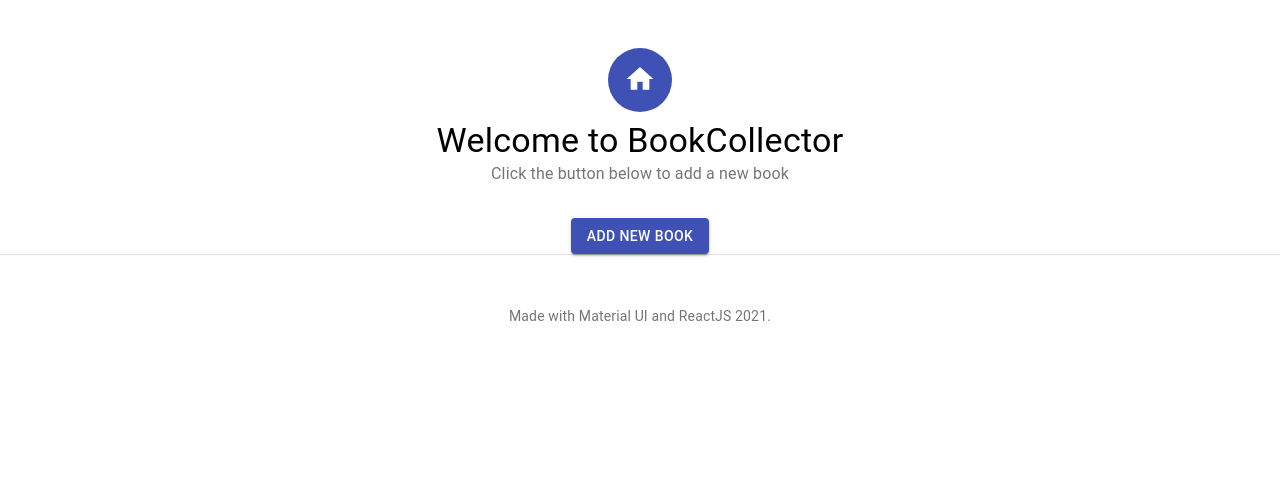
Repository: Colo-Codes/mini-project-react-book-collector
Page: /
These files come from the project's save history. The page is drawn as it stood at one moment and after the next save; the edit follows.
The browser window is 1280 px wide. The pictures show the whole page.
The project was rebuilt for these pictures with package versions that can differ from the ones it lists, and the page was loaded fresh each time. Also part of the build but not shown: src/Books/BooksGridItem.js, src/Books/AddBookForm.js.

Above is the page before, as saved 2021-08-25 14:09:53.

### src/App.js
import React, { useState } from 'react';

import { Box, Button, Divider, makeStyles } from '@material-ui/core';
import { Home } from '@material-ui/icons';

import AddBookForm from './Books/AddBookForm';
import Copyright from './UI/Copyright';
import Header from './UI/Header';
import BooksGrid from './Books/BooksGrid';

const useStyles = makeStyles(theme => ({
  paper: {
    marginTop: theme.spacing(5),
    display: 'flex',
    flexDirection: 'column',
    alignItems: 'center',
  },
  icon: {
    color: 'white',
    width: theme.spacing(4),
    height: theme.spacing(4),
  },
  button: {
    marginTop: theme.spacing(4),
  },
  footer: {
    marginV: theme.spacing(4),
  },
}));

function App() {
  const [showAddBookForm, setShowAddBookForm] = useState(false);
  const [bookList, setBookList] = useState('');

  const classes = useStyles();

  const addNewBookHandler = () => {
    setShowAddBookForm(true);
  }

  const hideFormHandler = () => {
    setShowAddBookForm(false);
  }

  // 'Lifting state up' function
  const newBookHandler = newBook => {
    setBookList(prevBook => [...prevBook, newBook]);
  }

  // 'Lifting state up' function
  const deleteBookHandler = bookId => {
    setBookList(prevBook => prevBook.filter(book => book.id !== bookId));
  }

  return (
    <React.Fragment>
      <header className={classes.paper}>
        {showAddBookForm && <AddBookForm onNewBook={newBookHandler} onHideForm={hideFormHandler} />} {/* Conditional Rendering */}
        {!showAddBookForm && <Header headerIcon={<Home className={classes.icon} />} headerContent={'Welcome to BookCollector'} textContent={'Click the button below to add a new book'} />} {/* Conditional Rendering */}
        {!showAddBookForm && <Button variant="contained" color="primary" onClick={addNewBookHandler} className={classes.button} >Add new book</Button>} {/* Conditional Rendering */}
      </header>
      <main>
        <Divider></Divider>
        <BooksGrid bookList={bookList} onDeleteBook={deleteBookHandler} />
      </main>
      <footer>
        <Box my={8}><Copyright /></Box>
      </footer>
    </React.Fragment>
  );
}

export default App;

### src/UI/Copyright.js
import { Typography } from "@material-ui/core";
import { Link } from "@material-ui/core";

function Copyright() {
    return (
        <Typography variant="body2" color="textSecondary" align="center">
            {'Made with '}
            <Link color="inherit" href="https://material-ui.com/" target="_blank">
                Material UI
            </Link>{' and '}
            <Link color="inherit" href="https://reactjs.org/" target="_blank">
                ReactJS
            </Link>{' '}
            {new Date().getFullYear()}
            {'.'}
        </Typography>
    );
}

export default Copyright;

### src/UI/Header.js
import { Avatar, Typography, makeStyles } from "@material-ui/core";
import { Home } from '@material-ui/icons';

const useStyles = makeStyles(theme => ({
    paper: {
        // marginTop: theme.spacing(10),
        display: 'flex',
        flexDirection: 'column',
        alignItems: 'center',
    },
    avatar: {
        margin: theme.spacing(1),
        width: theme.spacing(8),
        height: theme.spacing(8),
        backgroundColor: theme.palette.primary.main,
    },
    lightGray: {
        color: theme.palette.text.secondary,
    },
}));

const Header = props => {
    const classes = useStyles();

    return (
        <div className={classes.paper}>
            <Avatar className={classes.avatar}>
                <div className={classes.icon}>{props.headerIcon}</div>
            </Avatar>
            <Typography variant="h4" component="h2">{props.headerContent}</Typography>
            <Typography variant="body1" className={classes.lightGray}>{props.textContent}</Typography>
        </div>
    );
}

export default Header;

### src/Books/BooksGrid.js
import { Container, Grid } from '@material-ui/core';
import { useState } from 'react';
import BooksGridItem from './BooksGridItem';

const BooksGrid = props => {

    return (
        <Container>
            <Grid container spacing={3} direction="row"
                justifyContent="center"
                alignItems="stretch">
                {props.bookList.length > 0 && props.bookList.map(bookItem =>
                    <BooksGridItem key={bookItem.id} id={bookItem.id} title={bookItem.title} author={bookItem.author} onDelete={props.onDeleteBook} />
                )}
            </Grid>
        </Container>
    );
}

export default BooksGrid;

Loaded but not shown: public/index.html (common file); src/index.js (common file); src/index.css (common file)

After the next save:
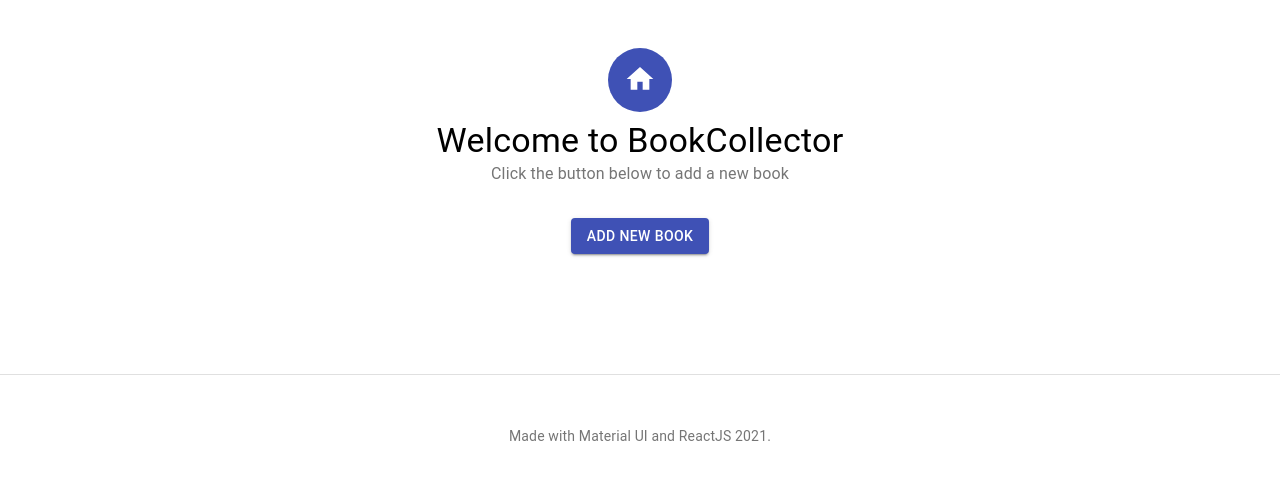
Saved 10 s later.
--- a/src/App.js
+++ b/src/App.js
@@ -22,6 +22,8 @@ const useStyles = makeStyles(theme => ({
   },
   button: {
     marginTop: theme.spacing(4),
+    marginBottom: theme.spacing(15),
+
   },
   footer: {
     marginV: theme.spacing(4),
